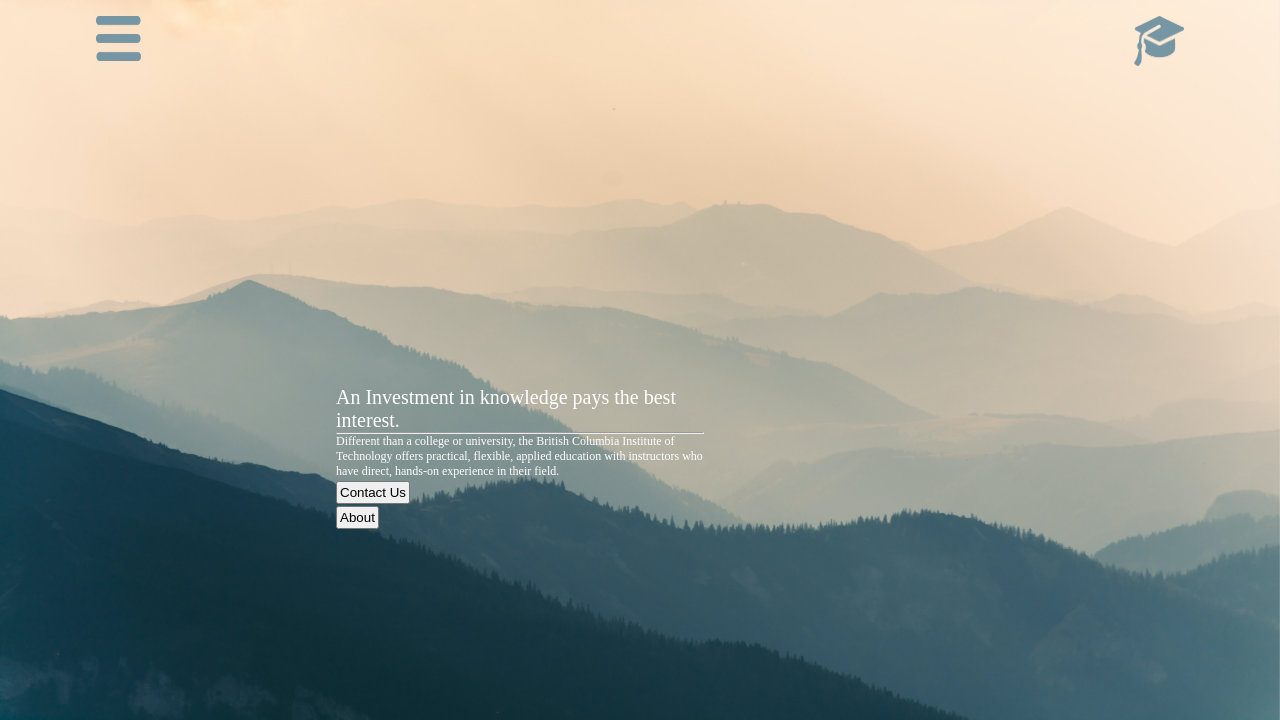
Repository: anoncoderin/assignment01-withCarousel-Madhu
Page: /
An editor plug-in stored every save of this project. The page is shown before and after a run of saves, followed by the edit.
The browser window is 1280 px wide. The pictures show the whole page.
The project was rebuilt for these pictures with package versions that can differ from the ones it lists, and the page was loaded fresh each time. The framework's server and built-in components were replaced by stand-ins that run in the browser. Also part of the build but not shown: next.config.js.

Above is the page before, as saved 2023-02-01 22:25:26.

After the next 5 saves:
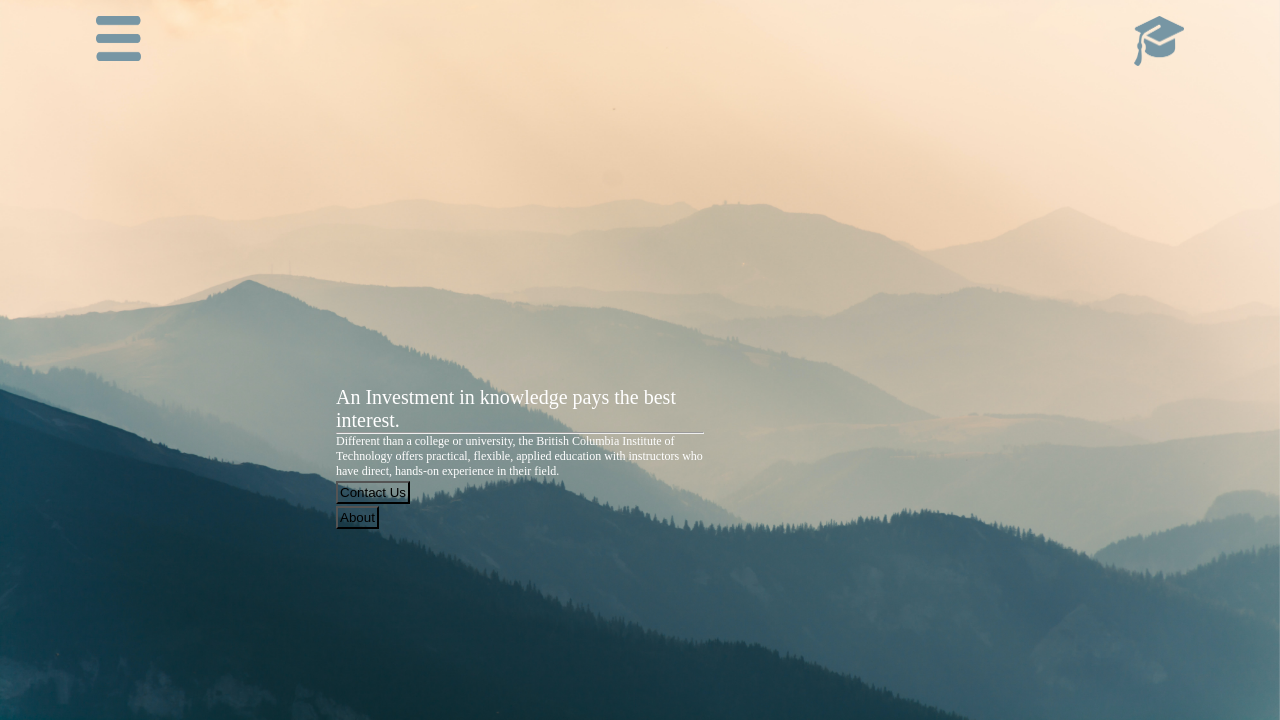
The 5 saves are shown as one change because they came seconds apart.
The last was saved 14 s later.
--- a/styles/Home.module.css
+++ b/styles/Home.module.css
@@ -45,8 +45,11 @@
 
 .button{
   padding: 2px;
-}
-button:hover{}
+  background-color: transparent;
+}
+button:hover{
+
+}
 
 
 
